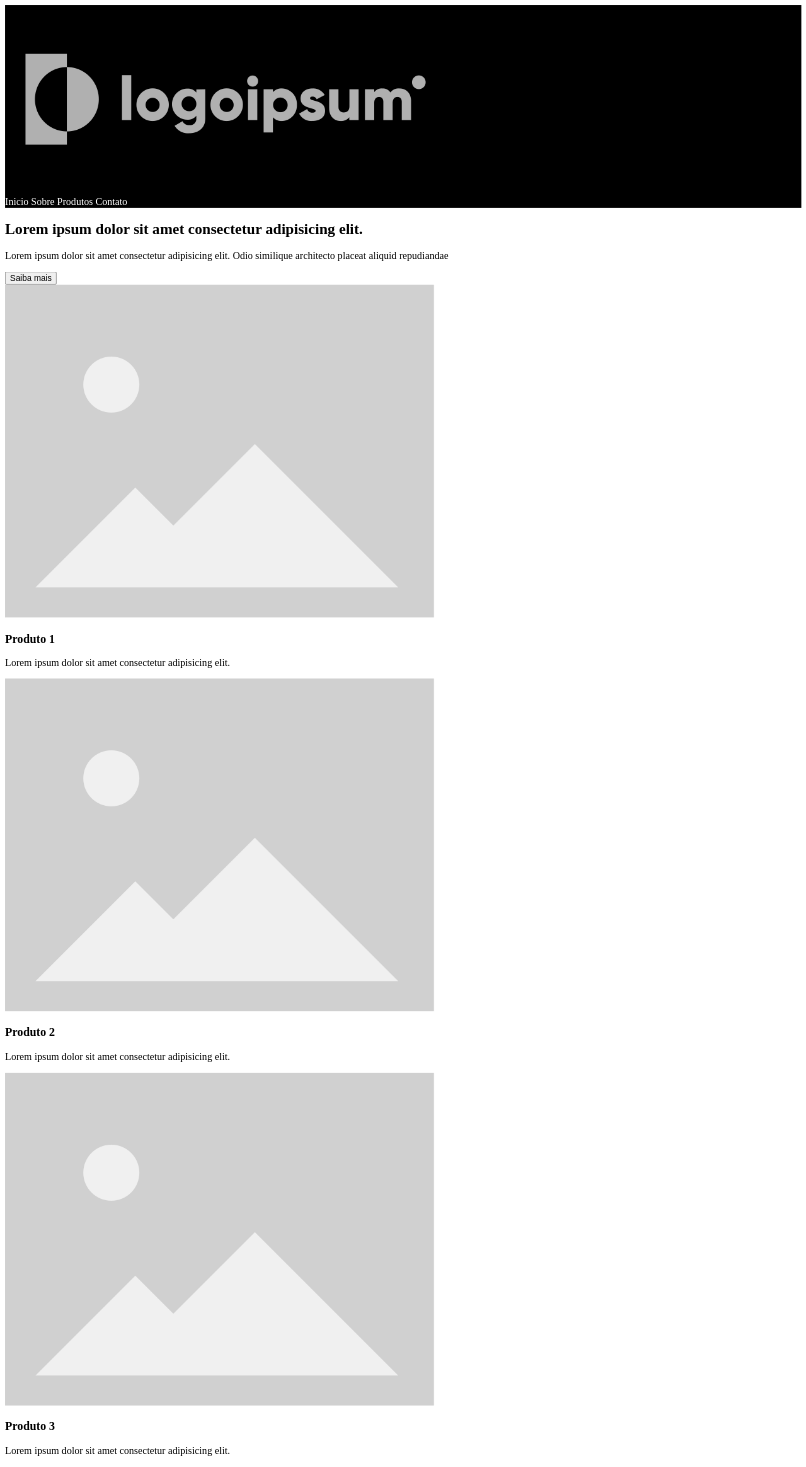
Repository: Carolden/SiteCrie_Ti
Page: index.html
These files come from the project's save history. The page is drawn as it stood at one moment and after the next save; the edit follows.
The browser window is 1280 px wide. The pictures show the whole page, at 63% of full size.

Above is the page before, as saved 2023-04-20 22:13:25.

### index.html
<!DOCTYPE html>
<html lang="pt-BR">
<head>
    <meta charset="UTF-8">
    <meta http-equiv="X-UA-Compatible" content="IE=edge">
    <meta name="viewport" content="width=device-width, initial-scale=1.0">
    <title>Document</title>
    <link rel="stylesheet" type="text/css" href="index.css" media="screen" />
</head>
<body>

    <header>
        <div>
            <img src="images/logo.png" alt="logo">
        </div>
        <nav>
            <a href="inicio">Inicio</a>
            <a href="sobre">Sobre</a>
            <a href="produtos">Produtos</a>
            <a href="contato">Contato</a>
        </nav>
    </header>

    <main>

    <section>
        <h1>Lorem ipsum dolor sit amet consectetur adipisicing elit.</h1>
        <p>Lorem ipsum dolor sit amet consectetur adipisicing elit. Odio similique architecto placeat aliquid repudiandae</p>
        <button>Saiba mais</button>
    </section>

    <section>
        <div>
            <div>
                <img src="images/placeholder.png" alt="imagem1">
                <h3>Produto 1</h3>
                <p>Lorem ipsum dolor sit amet consectetur adipisicing elit.</p>
            </div>

            <div>
                <img src="images/placeholder.png" alt="imagem2">
                <h3>Produto 2</h3>
                <p>Lorem ipsum dolor sit amet consectetur adipisicing elit.</p>
            </div>

            <div>
                <img src="images/placeholder.png" alt="imagem3">
                <h3>Produto 3</h3>
                <p>Lorem ipsum dolor sit amet consectetur adipisicing elit.</p>
            </div>
        </div>
    </section>


    </main>





</body>
</html>

### index.css
header {
    background-color: black;
}

header nav a {
    color: white;
    text-decoration: none;
}

After the next save:
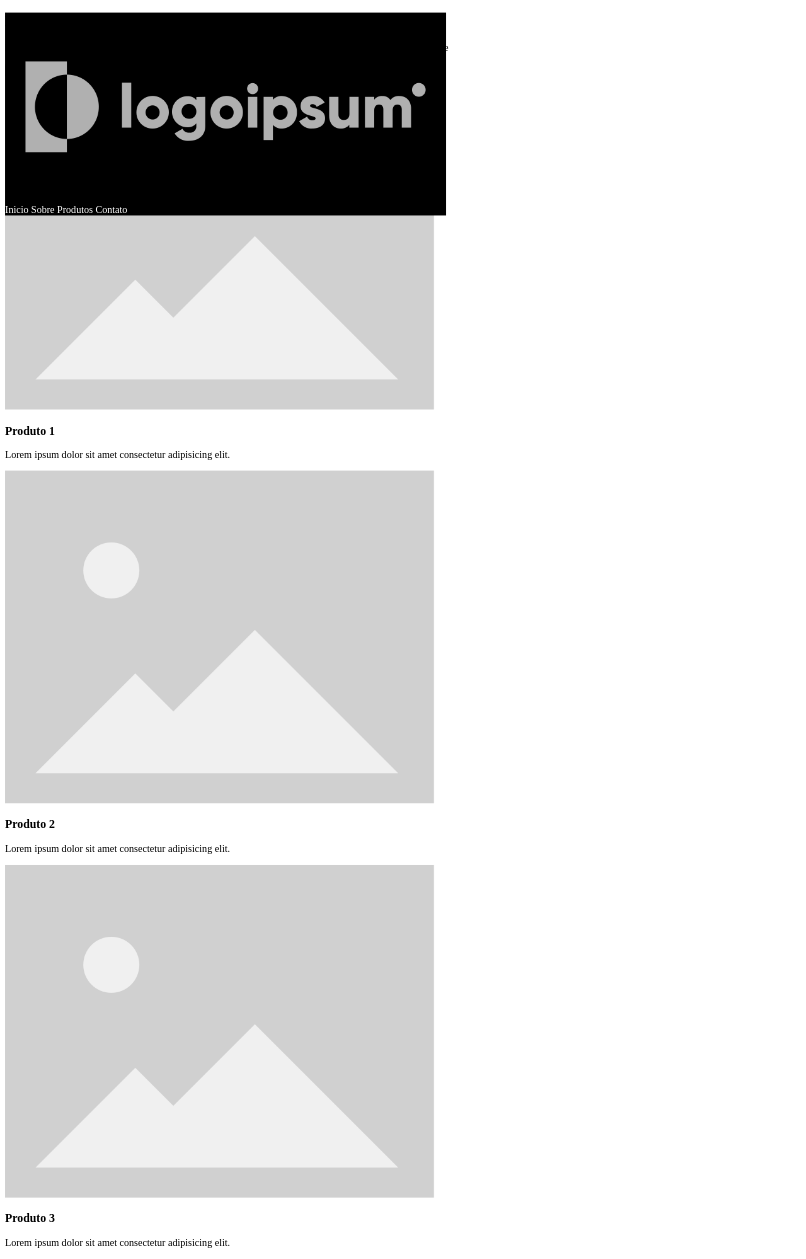
Saved 26 s later.
--- a/index.css
+++ b/index.css
@@ -1,5 +1,6 @@
 header {
     background-color: black;
+    position: absolute;
 }
 
 header nav a {

After the save that followed:
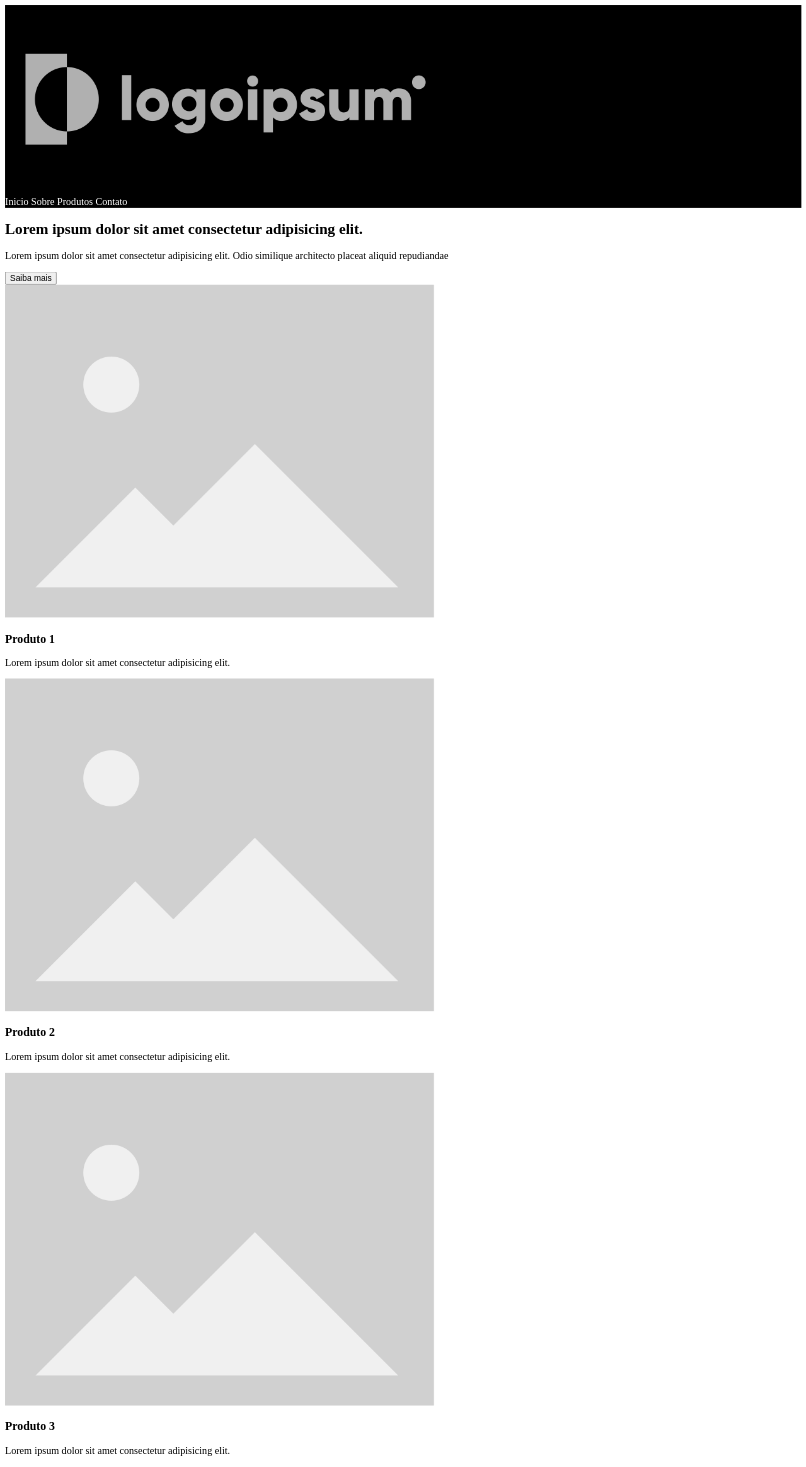
Saved 24 s later.
--- a/index.css
+++ b/index.css
@@ -1,6 +1,5 @@
 header {
     background-color: black;
-    position: absolute;
 }
 
 header nav a {
